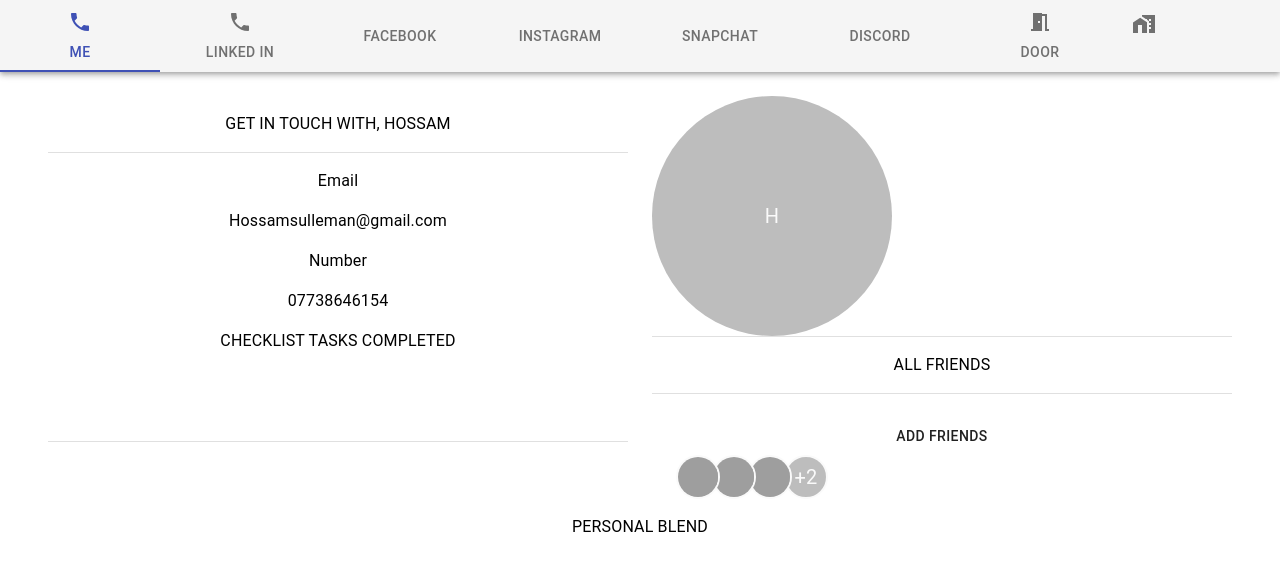
Repository: hossamsulleman1/CONTACTME
Page: / (app in my-app/)
These files come from the project's save history. The page is drawn as it stood at one moment and after a run of saves; the edit follows.
The browser window is 1280 px wide. The pictures show the whole page.
Pictures or frames that could not be fetched are drawn as grey boxes. The project was rebuilt for these pictures with package versions that can differ from the ones it lists, and the page was loaded fresh each time. Also part of the build but not shown: my-app/src/Components/PageProp.jsx.

Above is the page before, as saved 2020-11-08 10:58:25.

### my-app/src/App.js
import './App.css';
import IconNav from './Components/IconNav';

function App() {
  return (
    <div className="App">
<IconNav>

</IconNav>
    </div>
  );
}

export default App;

### my-app/src/App.css
.App {
  text-align: center;
}


.floatRight {
  float: right;
}

.App-logo {
  height: 40vmin;
  pointer-events: none;
}

@media (prefers-reduced-motion: no-preference) {
  .App-logo {
    animation: App-logo-spin infinite 20s linear;
  }
}

.App-header {
  background-color: #282c34;
  min-height: 100vh;
  display: flex;
  flex-direction: column;
  align-items: center;
  justify-content: center;
  font-size: calc(10px + 2vmin);
  color: white;
}

.App-link {
  color: #61dafb;
}

@keyframes App-logo-spin {
  from {
    transform: rotate(0deg);
  }
  to {
    transform: rotate(360deg);
  }
}

### my-app/src/Components/IconNav.jsx
import React from "react";
import PropTypes from "prop-types";
import { makeStyles } from "@material-ui/core/styles";
import AppBar from "@material-ui/core/AppBar";
import Tabs from "@material-ui/core/Tabs";
import Tab from "@material-ui/core/Tab";
import Typography from "@material-ui/core/Typography";
import Box from "@material-ui/core/Box";
import PhoneIcon from "@material-ui/icons/Phone";
import PageProp from "./PageProp";
import Button from "@material-ui/core/Button";
import Content from "./ProfileFolder/Content";
import MeetingRoomIcon from "@material-ui/icons/MeetingRoom";
import HomeWorkIcon from "@material-ui/icons/HomeWork";
import IconButton from "@material-ui/core/IconButton";
import "../App.css";

function TabPanel(props) {
  const { children, value, index, ...other } = props;

  return (
    <div
      role="tabpanel"
      hidden={value !== index}
      id={`scrollable-auto-tabpanel-${index}`}
      aria-labelledby={`scrollable-auto-tab-${index}`}
      {...other}
    >
      {value === index && (
        <Box p={3}>
          <Typography>{children}</Typography>
        </Box>
      )}
    </div>
  );
}

TabPanel.propTypes = {
  children: PropTypes.node,
  index: PropTypes.any.isRequired,
  value: PropTypes.any.isRequired,
};

function a11yProps(index) {
  return {
    id: `scrollable-auto-tab-${index}`,
    "aria-controls": `scrollable-auto-tabpanel-${index}`,
  };
}

const useStyles = makeStyles((theme) => ({
  root: {
    flexGrow: 1,
    width: "100%",
    backgroundColor: theme.palette.background.paper,
  },
}));

export default function IconNav() {
  const classes = useStyles();
  const [value, setValue] = React.useState(0);

  const handleChange = (event, newValue) => {
    setValue(newValue);
  };

  return (
    <div className={classes.root}>
      <AppBar position="static" color="default">
        <Tabs
          value={value}
          onChange={handleChange}
          indicatorColor="primary"
          textColor="primary"
          variant="scrollable"
          scrollButtons="auto"
          aria-label="scrollable auto tabs example"
        >
          <Tab icon={<PhoneIcon />} label="ME" {...a11yProps(0)} />
          <Tab icon={<PhoneIcon />} label="Linked In" {...a11yProps(1)} />
          <Tab label="Facebook" {...a11yProps(2)} />
          <Tab label="Instagram" {...a11yProps(3)} />
          <Tab label="Snapchat" {...a11yProps(4)} />
          <Tab label="Discord" {...a11yProps(5)} />
          <Tab label="DOOR" icon={<MeetingRoomIcon />} {...a11yProps(6)} />
          <div className="floatRight">
            <IconButton aria-label="delete" to="">
              <HomeWorkIcon></HomeWorkIcon>
            </IconButton>
          </div>
        </Tabs>
      </AppBar>
      <TabPanel value={value} index={0}>
        <Content></Content>
      </TabPanel>
      <TabPanel value={value} index={1}>
        <PageProp name="Linked In"></PageProp>
      </TabPanel>
      <TabPanel value={value} index={2}>
        <PageProp name="Facebook"></PageProp>
      </TabPanel>
      <TabPanel value={value} index={3}>
        <PageProp name="Instagram"></PageProp>
      </TabPanel>
      <TabPanel value={value} index={4}>
        Item Five
      </TabPanel>
      <TabPanel value={value} index={5}>
        Item Six
      </TabPanel>
      <TabPanel value={value} index={6}>
        Item Seven
      </TabPanel>
    </div>
  );
}

### my-app/src/Components/ProfileFolder/Content.jsx
import { Container } from "@material-ui/core";
import Avatar from "@material-ui/core/Avatar";
import Grid from "@material-ui/core/Grid";
import Button from "@material-ui/core/Button";
import Paper from "@material-ui/core/Paper";

import Divider from "@material-ui/core/Divider";
import React, { useState } from "react";
import { Text, Heading } from "rebass";
import { makeStyles } from "@material-ui/core/styles";
import AvatarGroup from "@material-ui/lab/AvatarGroup";
import FriendsAvatarList from "./FriendsAvatarList";

const useStyles = makeStyles((theme) => ({
  root: {
    display: "flex",
    "& > *": {
      margin: theme.spacing(1),
    },
  },
  small: {
    width: theme.spacing(3),
    height: theme.spacing(3),
  },
  large: {
    width: theme.spacing(30),
    height: theme.spacing(30),
  },
}));

function Content(props) {
  const classes = useStyles();

  return (
    <Container>
      <Grid container spacing={3}>
        <Grid item xs={6}>
          <div className="headingdiv">
            <p className="HomeTitleSmall">GET IN TOUCH WITH, HOSSAM</p>
            <p className="HomeTitle">{props.Name}</p>
          </div>

          <Divider />
          <div className="statsdiv">

            <p className="HomeTitleMedium">Email</p>
            <p>Hossamsulleman@gmail.com</p>
            <p className="HomeTitleMedium">Number</p>
            <p>07738646154</p>
            <p className="HomeTitleMedium">CHECKLIST TASKS COMPLETED</p>
            <p>{props.TasksCompleted}</p>
          </div>
          <br></br>
          <br></br>
          <br></br>
          <Divider />

          <div className="statsdiv"></div>
        </Grid>
        <Grid item xs={6}>
          <div className="avatardiv">
            <Avatar className={classes.large} src={props.PhotoUrl}>
              H
            </Avatar>

            <div className="friendsdiv">
              <div className="justifycenter">
                <Divider></Divider>

                <p className="SubHeading">ALL FRIENDS</p>
                <Divider></Divider>
                <br></br>
                <Button>Add Friends</Button>
              </div>

              <div className="friendsdiv2">
                <Container>
                  <FriendsAvatarList></FriendsAvatarList>
                </Container>
              </div>
            </div>
          </div>
        </Grid>
      </Grid>

      {/* GRAPHS CONTAINER  */}
      <Container>
        <p className="HomeTitleSmall">PERSONAL BLEND</p>
        <Grid container spacing={3}>
          <Grid item xs>
            {/* <PieWithLabel></PieWithLabel> */}
          </Grid>
          <Grid item xs>
            {/* <RadarChart></RadarChart> */}
          </Grid>
        </Grid>
      </Container>
      {/* GRAPHS CONTAINER END  */}
    </Container>
  );
}

export default Content;

### my-app/src/Components/ProfileFolder/FriendsAvatarList.jsx
import React from "react";
import Avatar from "@material-ui/core/Avatar";
import AvatarGroup from "@material-ui/lab/AvatarGroup";

export default function FriendsAvatarList(props) {
  return (
    <AvatarGroup max={4}>
      <Avatar alt="Remy Sharp" src="/static/images/avatar/1.jpg" />
      <Avatar alt="Travis Howard" src="/static/images/avatar/2.jpg" />
      <Avatar alt="Cindy Baker" src="/static/images/avatar/3.jpg" />
      <Avatar alt="Agnes Walker" src="/static/images/avatar/4.jpg" />
      <Avatar alt="Trevor Henderson" src="/static/images/avatar/5.jpg" />
    </AvatarGroup>
  );
}

Loaded but not shown: my-app/public/index.html (common file); my-app/src/index.js (common file); my-app/src/index.css (common file); my-app/src/reportWebVitals.js (common file)

After the next 3 saves:
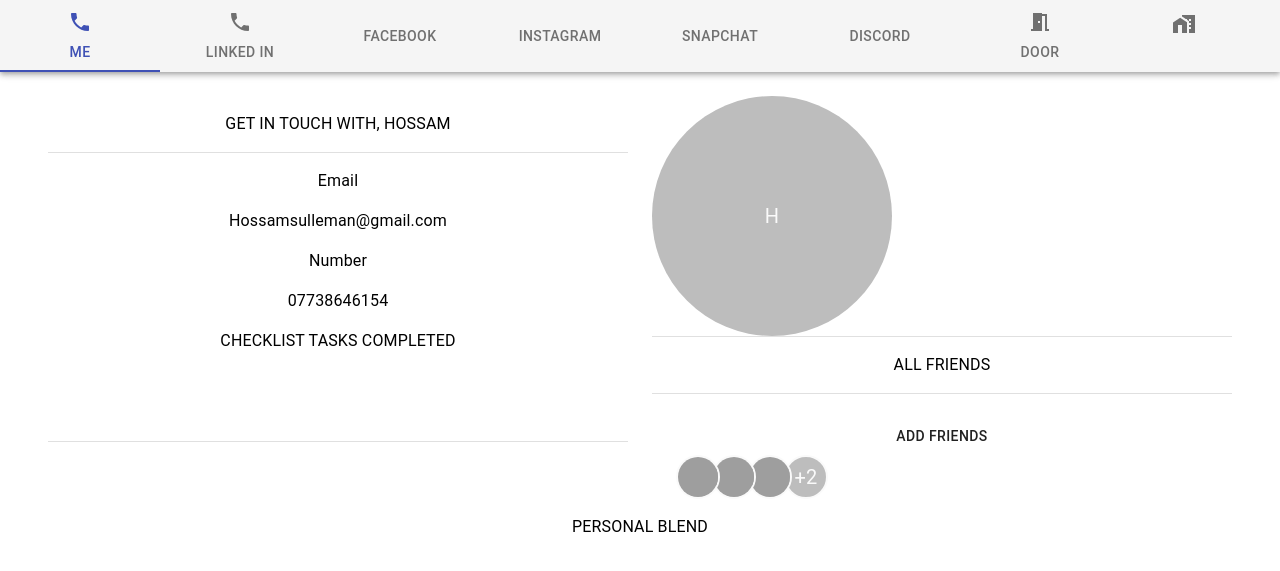
The 3 saves are shown as one change because they came seconds apart.
The last was saved 30 s later.
--- a/my-app/src/App.css
+++ b/my-app/src/App.css
@@ -5,6 +5,7 @@
 
 .floatRight {
   float: right;
+  padding-left: 40px;
 }
 
 .App-logo {

After the 2 saves that followed:
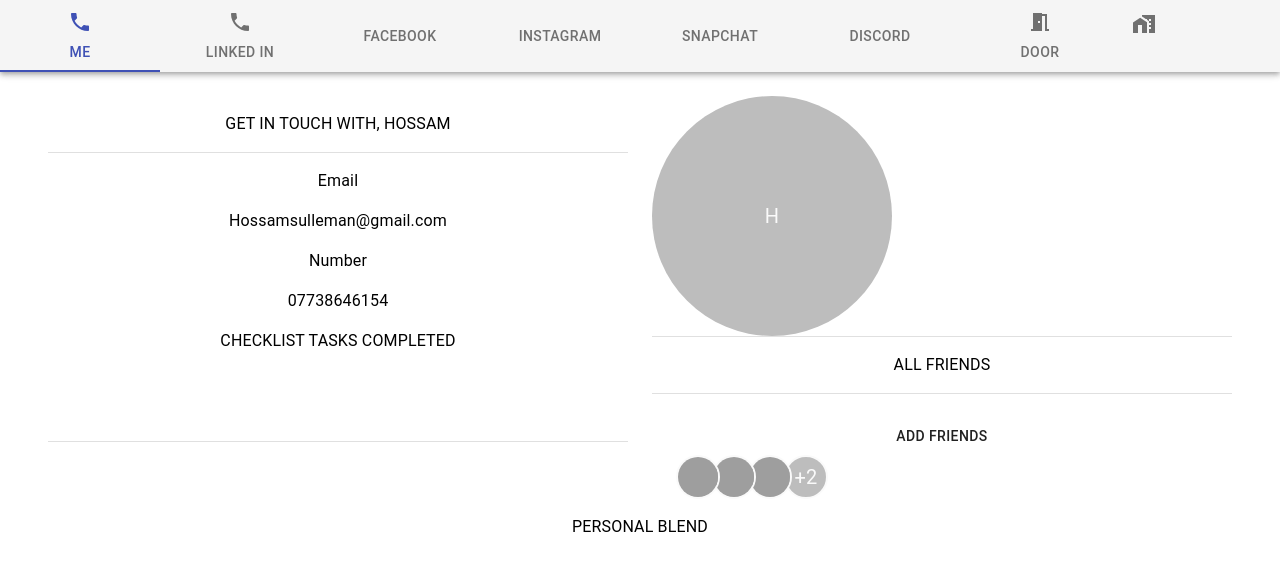
The 2 saves are shown as one change because 1 left the picture as it was.
The last was saved 11 s later.
--- a/my-app/src/App.css
+++ b/my-app/src/App.css
@@ -2,10 +2,8 @@
   text-align: center;
 }
 
-
 .floatRight {
   float: right;
-  padding-left: 40px;
 }
 
 .App-logo {
